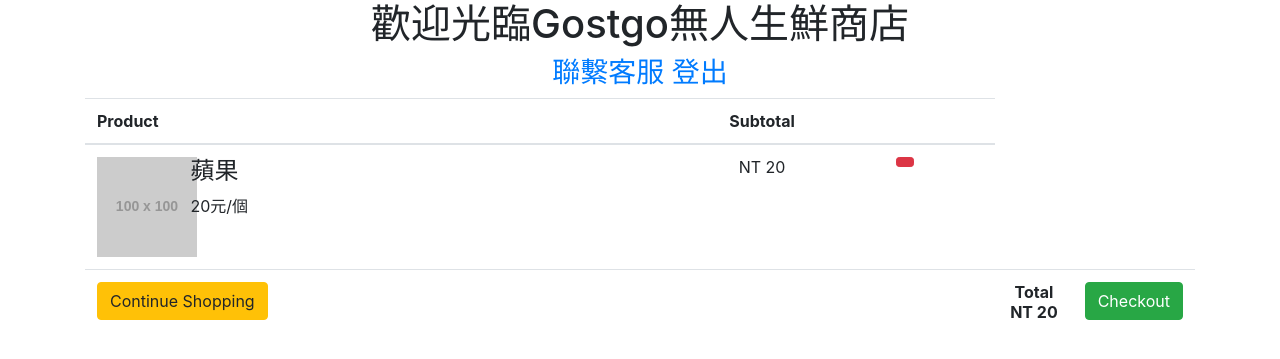
Repository: powerspd/III_AIOT05_team3_project
Page: http://localhost/this_is_demo/shopping.jsp
The author's editor kept a copy of each file at every save. The page is drawn from the files as they stood at one save, then again after the next save.
The browser window is 1280 px wide. The pictures show the whole page.
The page is served by Tomcat 9. Other server files are loaded and not shown. The template is opened directly, without the code that normally fills it, so the values that code supplies are empty.

Above is the page before, as saved 2020-01-25 06:57:34.

### JavaWeb_Workspace/this_is_demo/WebContent/shopping.jsp
<%@ page language="java" contentType="text/html; charset=UTF-8" pageEncoding="UTF-8"%>
<%@ taglib uri="http://java.sun.com/jsp/jstl/core" prefix="c" %>
<html>
<head>
	<meta http-equiv="Content-Type" content="text/html; charset=utf-8">
	<title>使用者管理系統</title>

	<link rel="stylesheet" href="https://maxcdn.bootstrapcdn.com/bootstrap/4.4.1/css/bootstrap.min.css">
  	<script src="https://ajax.googleapis.com/ajax/libs/jquery/3.4.1/jquery.min.js"></script>
  	<script src="https://cdnjs.cloudflare.com/ajax/libs/popper.js/1.16.0/umd/popper.min.js"></script>
  	<script src="https://maxcdn.bootstrapcdn.com/bootstrap/4.4.1/js/bootstrap.min.js"></script>
</head>
<body>
<div align="center" class="table-users">
<div class="header">
<h1>歡迎光臨Gostgo無人生鮮商店</h1>
<div></div>
<h3>
<a href="AccountServlet"><c:out value="${user.name}"/></a>
<a href="ServiceServlet">聯繫客服</a>
<a href="LogoutServlet">登出</a>
</h3>
</div>
<div class="container">
  <table id="cart" class="table table-hover table-condensed">
    <thead>
      <tr>
        <th style="width:50%">Product</th>
        <th style="width:22%" class="text-center">Subtotal</th>
        <th style="width:10%"></th>
      </tr>
    </thead>
    <tbody>
      <tr>
        <td data-th="Product">
          <div class="row">
            <div class="col-sm-2 hidden-xs"><img src="http://placehold.it/100x100" alt="..." class="img-responsive" /></div>
            <div class="col-sm-10">
              <h4 class="nomargin">蘋果</h4>
              <p>20元/個</p>
            </div>
          </div>
        </td>
        <td data-th="Subtotal" class="text-center">NT 20</td>
        <td class="actions" data-th="">
          <button class="btn btn-danger btn-sm"><i class="fa fa-trash-o"></i></button>
        </td>
      </tr>
    </tbody>
    <tfoot>
      <tr>
        <td><a href="#" class="btn btn-warning"><i class="fa fa-angle-left"></i> Continue Shopping</a></td>
        <td colspan="2" class="hidden-xs"></td>
        <td class="hidden-xs text-center"><strong>Total NT 20</strong></td>
        <td><a href="#" class="btn btn-success btn-block">Checkout <i class="fa fa-angle-right"></i></a></td>
      </tr>
    </tfoot>
  </table>
</div>



<c:forEach var="user" items="${listItem}">
<div class="item">
<div class="buttons">
<span class="delete-btn"></span>
</div>

<div class="image">
<img src="/.....path_name...../<c:out value='${item.imno}'/>" alt="" />
</div>

<div class="description">
<span><c:out value="${item.name}"/></span>
<span><c:out value="${item.unitPrice}"/> 元</span>
</div>

<div class="total-price"> NT <c:out value="${item.totalPrice}"/></div>
</div>
</c:forEach>
</div>
</div>

</body>
</html>

After the next save:
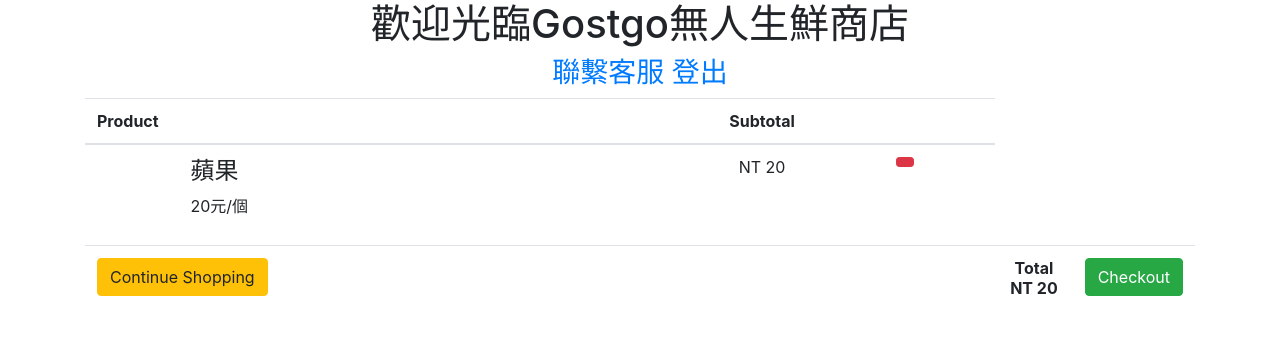
Saved 35 s later.
--- a/JavaWeb_Workspace/this_is_demo/WebContent/shopping.jsp
+++ b/JavaWeb_Workspace/this_is_demo/WebContent/shopping.jsp
@@ -34,7 +34,7 @@
       <tr>
         <td data-th="Product">
           <div class="row">
-            <div class="col-sm-2 hidden-xs"><img src="http://placehold.it/100x100" alt="..." class="img-responsive" /></div>
+            <div class="col-sm-2 hidden-xs"><img src="" class="img-responsive" /></div>
             <div class="col-sm-10">
               <h4 class="nomargin">蘋果</h4>
               <p>20元/個</p>
